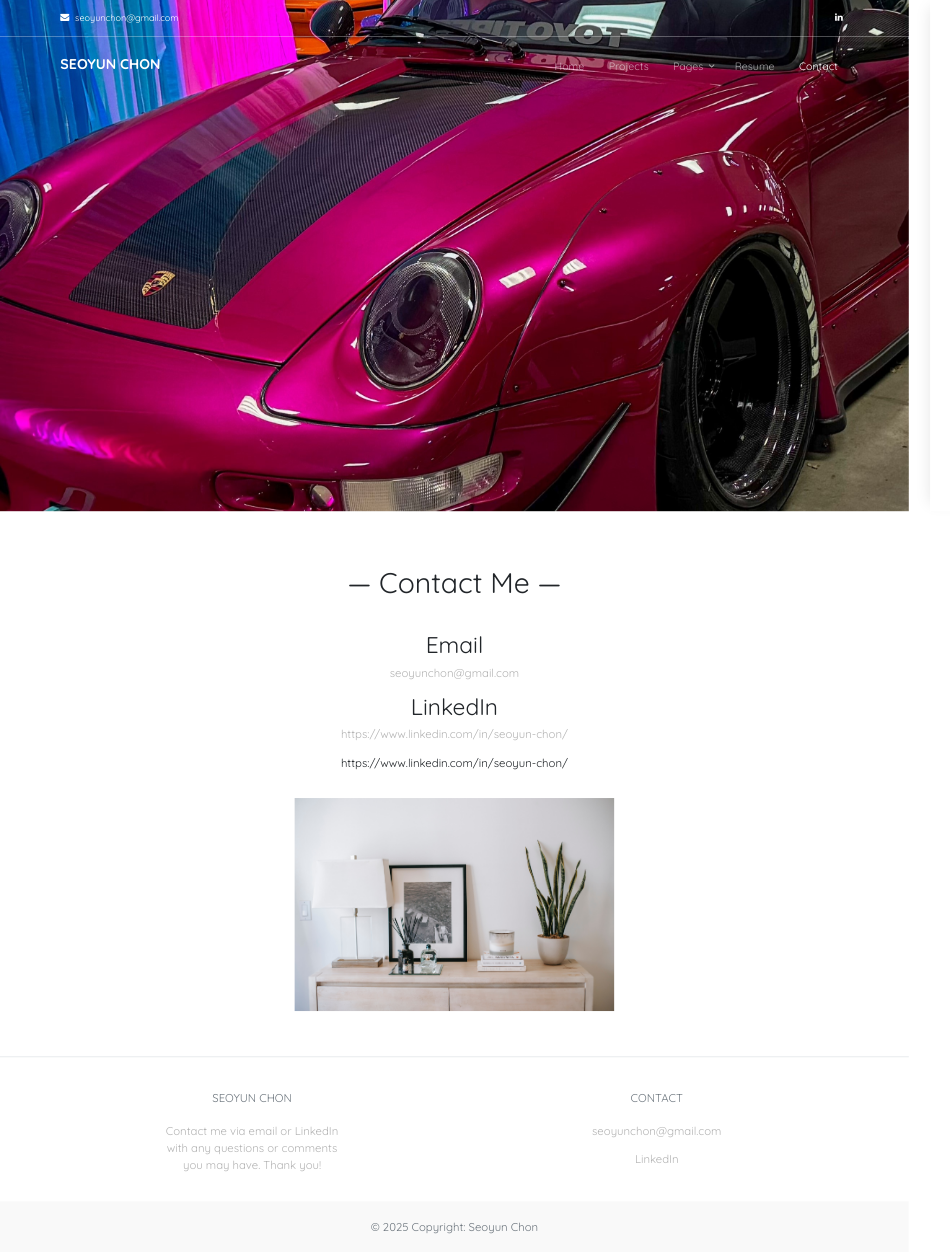
Repository: schon02/seoyun-chon-portfolio
Page: contact_page.html
An editor plug-in stored every save of this project. The page is shown before and after the next save, followed by the edit.
The browser window is 1280 px wide. The page is 1338 px wide, so the pictures cover 1338 px, including what lies to the right of the window. The pictures show the whole page, at 71% of full size.

Above is the page before, as saved 2025-01-08 23:53:47.

### contact_page.html
<!DOCTYPE html>
<html>
    <head>
        <!-- <link href="style.css" rel="stylesheet" /> -->
        <!-- Required meta tags -->
        <meta charset="utf-8">
        <meta name="viewport" content="width=device-width, initial-scale=1, shrink-to-fit=no">

        <link href="https://fonts.googleapis.com/css?family=Quicksand:400,600,700&display=swap" rel="stylesheet">

        <link rel="stylesheet" href="fonts/icomoon/style.css">

        <link rel="stylesheet" href="css/owl.carousel.min.css">

        <!-- Bootstrap CSS -->
        <link rel="stylesheet" href="css/bootstrap.min.css">

        <!-- Style -->
        <link rel="stylesheet" href="css/style.css">

        <title>Contact Page</title>
    </head>

    <body>
        <!-- <header>
            <nav>
                <ul>
                    <li><a href="index.html">Home</a></li>
                    <li><a href="services_page.html">Services</a></li>
                    <li><a class="active" href="contact_page.html">Contact</a></li>
                </ul>
            </nav>
        </header> -->


        <div class="site-mobile-menu site-navbar-target">
            <div class="site-mobile-menu-header">
              <div class="site-mobile-menu-close mt-3">
                <span class="icon-close2 js-menu-toggle"></span>
              </div>
            </div>
            <div class="site-mobile-menu-body"></div>
          </div> <!-- .site-mobile-menu -->

        <div class="site-navbar-wrap">
            <div class="site-navbar-top">
              <div class="container py-3">
                <div class="row align-items-center">
                  <div class="col-6">
                    <div class="d-flex mr-auto">
                      <a href="#" class="d-flex align-items-center mr-4">
                        <span class="icon-envelope mr-2"></span>
                        <span class="d-none d-md-inline-block">seoyunchon@gmail.com</span>
                      </a>
                      <!-- <a href="#" class="d-flex align-items-center mr-auto">
                        <span class="icon-phone mr-2"></span>
                        <span class="d-none d-md-inline-block">+1 234 4567 8910</span>
                      </a> -->
                    </div>
                  </div>
                  <div class="col-6 text-right">
                    <div class="mr-auto">
                      <!-- <a href="#" class="p-2 pl-0"><span class="icon-twitter"></span></a> -->
                      <!-- <a href="#" class="p-2 pl-0"><span class="icon-facebook"></span></a> -->
                      <a href="https://www.linkedin.com/in/seoyun-chon/" class="p-2 pl-0"><span class="icon-linkedin"></span></a>
                      <!-- <a href="#" class="p-2 pl-0"><span class="icon-instagram"></span></a> -->
                    </div>

                  </div>
                </div>
              </div>
            </div>

            <div class="site-navbar site-navbar-target js-sticky-header">
              <div class="container">
                <div class="row align-items-center">
                  <div class="col-2">
                    <h1 class="my-0 site-logo"><a href="index.html">Seoyun&nbsp;Chon</a></h1>
                  </div>
                  <div class="col-10">
                    <nav class="site-navigation text-right" role="navigation">
                      <div class="container">
                        <div class="d-inline-block d-lg-none ml-md-0 mr-auto py-3"><a href="#" class="site-menu-toggle js-menu-toggle text-white"><span class="icon-menu h3"></span></a></div>

                        <ul class="site-menu main-menu js-clone-nav d-none d-lg-block">
                          <li><a href="index.html" class="nav-link">Home</a></li>
                          <li><a href="projects_page.html" class="nav-link">Projects</a></li>
                          <li class="has-children">
                            <a href="#" class="nav-link">Pages</a>
                            <ul class="dropdown arrow-top">
                              <li><a href="#" class="nav-link">Team</a></li>
                              <li><a href="#" class="nav-link">Pricing</a></li>
                              <li><a href="#" class="nav-link">FAQ</a></li>
                              <li class="has-children">
                                <a href="#">More Links</a>
                                <ul class="dropdown">
                                  <li><a href="#">Menu One</a></li>
                                  <li><a href="#">Menu Two</a></li>
                                  <li><a href="#">Menu Three</a></li>
                                </ul>
                              </li>
                            </ul>
                          </li>
                          <!-- <li><a href="#about-section" class="nav-link">About</a></li> -->
                          <li><a href="resume_page.html" class="nav-link">Resume</a></li>
                          <!-- <li><a href="#gallery-section" class="nav-link">Gallery</a></li> -->
                          <li class="active"><a href="contact_page.html" class="active">Contact</a></li>
                        </ul>
                      </div>
                    </nav>
                  </div>
                </div>
              </div>
            </div>
          </div>

          <div class="hero" style="background-image: url('images/rwb.JPG');"></div>

        <!-- <div class="contactImage">
            <div class="welcomeText">
                <h1>Contact</h1>
            </div>
        </div> -->

        <div class="text-center" style="padding-top: 2cm;">
            <h1>— Contact Me —</h1>
            <h2 style="padding-top: 1cm;">Email</h2>
            <p>seoyunchon@gmail.com</p>
            <h2>LinkedIn</h2>
            <p href="https://www.linkedin.com/in/seoyun-chon/">https://www.linkedin.com/in/seoyun-chon/</p>

            <a href="https://www.linkedin.com/in/seoyun-chon/" class="text-reset"> https://www.linkedin.com/in/seoyun-chon/ </a>
            <!-- <h2>Order-Specific Emails</h2>
            <p>orders@domain.com</p>
            <p>returns@domain.com</p> -->
            <p><img src="images/white-livingroom-contact.jpg"
                 style="width:450px; padding-top: 1cm;"></p>
        </div>

    <script src="js/jquery-3.3.1.min.js"></script>
    <script src="js/popper.min.js"></script>
    <script src="js/bootstrap.min.js"></script>
    <script src="js/jquery.sticky.js"></script>
    <script src="js/main.js"></script>

    </body>


<!-- Footer -->
<footer class="text-center text-lg-start bg-white text-muted">

  <section class="d-flex justify-content-center justify-content-lg-between p-4 border-bottom">
  </section>

  <!-- Section: Links  -->
  <section class="">
    <div class="container text-center text-md-start mt-5">
      <!-- Grid row -->
      <div class="row mt-3">
        <!-- Grid column -->
        <div class="col-md-3 col-lg-4 col-xl-3 mx-auto mb-4">
          <!-- Content -->
          <h6 class="text-uppercase fw-bold mb-4">
            <i class="fas fa-gem me-3 text-secondary"></i>Seoyun Chon
          </h6>
          <p>
            Contact me via email or LinkedIn with any questions or comments you may have. Thank you!
          </p>
        </div>
        <!-- Grid column -->

        <!-- Grid column -->
        <div class="col-md-4 col-lg-3 col-xl-3 mx-auto mb-md-0 mb-4">
          <!-- Links -->
          <h6 class="text-uppercase fw-bold mb-4">Contact</h6>
          <p><i class="fas fa-home me-3 text-secondary"></i> seoyunchon@gmail.com</p>
          <p>
            <i class="fas fa-envelope me-3 text-secondary"></i>
            <a href="https://www.linkedin.com/in/seoyun-chon/" class="text-reset"> LinkedIn </a>
          </p>
        </div>
        <!-- Grid column -->
      </div>
      <!-- Grid row -->
    </div>
  </section>
  <!-- Section: Links  -->

  <!-- Copyright -->
  <div class="text-center p-4" style="background-color: rgba(0, 0, 0, 0.025);">
    © 2025 Copyright:
    <a class="text-reset fw-bold" href="https://mdbootstrap.com/">Seoyun Chon</a>
  </div>
  <!-- Copyright -->
</footer>
<!-- Footer -->


</html>

### css/style.css
body {
  font-family: "Quicksand", -apple-system, BlinkMacSystemFont, "Segoe UI", Roboto, "Helvetica Neue", Arial, "Noto Sans", sans-serif, "Apple Color Emoji", "Segoe UI Emoji", "Segoe UI Symbol", "Noto Color Emoji";
  background-color: #fff;
  height: 200vh;
  position: relative; }
  body:before {
    content: "";
    position: absolute;
    top: 0;
    left: 0;
    right: 0;
    bottom: 0;
    background: rgba(0, 0, 0, 0.5);
    -webkit-transition: .3s all ease;
    -o-transition: .3s all ease;
    transition: .3s all ease;
    opacity: 0;
    visibility: hidden;
    z-index: 1; }
  body.offcanvas-menu:before {
    opacity: 1;
    z-index: 1002;
    visibility: visible; }

p {
  color: #b3b3b3;
  font-weight: 300; }

h1, h2, h3, h4, h5, h6,
.h1, .h2, .h3, .h4, .h5, .h6 {
  font-family: "Quicksand", -apple-system, BlinkMacSystemFont, "Segoe UI", Roboto, "Helvetica Neue", Arial, "Noto Sans", sans-serif, "Apple Color Emoji", "Segoe UI Emoji", "Segoe UI Symbol", "Noto Color Emoji"; }

h5 {
  margin: 0 auto; /* center element horizontally */
  text-align: center;
  width: 60%;
  color: #666;
  /* overflow: hidden; */
  /* text-overflow: ellipsis; */
  /* white-space: nowrap; */
  /* background:#666; */
}

a {
  -webkit-transition: .3s all ease;
  -o-transition: .3s all ease;
  transition: .3s all ease; }
  a, a:hover {
    text-decoration: none !important; }

.hero {
  height: 100vh;
  width: 100%;
  background-size: cover;
  background-position: center center;
  background-repeat: no-repeat; }

.site-navbar-wrap {
  position: absolute;
  z-index: 99;
  width: 100%;
  left: 0; }
  .site-navbar-wrap a {
    color: #fff; }
  .site-navbar-wrap .site-navbar-top {
    font-size: 0.8rem; }

.site-navbar-top {
  border-bottom: 1px solid rgba(255, 255, 255, 0.4); }

.site-navbar {
  margin-bottom: 0px;
  width: 100%; }
  .site-navbar .site-logo {
    font-weight: 200;
    line-height: 0;
    top: -7px;
    position: relative; }
    .site-navbar .site-logo a {
      font-weight: 200;
      color: #fff;
      font-size: 20px;
      font-weight: bold;
      text-transform: uppercase; }
  .site-navbar .site-navigation .site-menu {
    margin-bottom: 0; }
    .site-navbar .site-navigation .site-menu a {
      text-decoration: none !important;
      display: inline-block;
      font-weight: 500; }
    .site-navbar .site-navigation .site-menu > li {
      display: inline-block;
      padding: 10px 5px; }
      .site-navbar .site-navigation .site-menu > li > a {
        padding: 20px 10px;
        color: rgba(255, 255, 255, 0.6);
        font-size: 15px;
        text-decoration: none !important; }
        .site-navbar .site-navigation .site-menu > li > a.active {
          color: #fff; }
        .site-navbar .site-navigation .site-menu > li > a:hover {
          color: #fff; }
      .site-navbar .site-navigation .site-menu > li:last-child {
        padding-right: 0; }
        .site-navbar .site-navigation .site-menu > li:last-child > a {
          padding-right: 0; }
    .site-navbar .site-navigation .site-menu .has-children {
      position: relative; }
      .site-navbar .site-navigation .site-menu .has-children > a {
        position: relative;
        padding-right: 20px; }
        .site-navbar .site-navigation .site-menu .has-children > a:before {
          position: absolute;
          content: "\e313";
          font-size: 16px;
          top: 50%;
          right: 0;
          -webkit-transform: translateY(-50%);
          -ms-transform: translateY(-50%);
          transform: translateY(-50%);
          font-family: 'icomoon'; }
      .site-navbar .site-navigation .site-menu .has-children .dropdown {
        visibility: hidden;
        opacity: 0;
        top: 100%;
        position: absolute;
        text-align: left;
        -webkit-box-shadow: 0 0px 4px 0px rgba(0, 0, 0, 0.25);
        box-shadow: 0 0px 4px 0px rgba(0, 0, 0, 0.25);
        padding: 0px 0;
        margin-top: 20px;
        margin-left: 0px;
        background: #fff;
        -webkit-transition: 0.2s 0s;
        -o-transition: 0.2s 0s;
        transition: 0.2s 0s;
        border-radius: 4px; }
        .site-navbar .site-navigation .site-menu .has-children .dropdown.arrow-top {
          position: absolute; }
          .site-navbar .site-navigation .site-menu .has-children .dropdown.arrow-top:before {
            bottom: 100%;
            left: 20%;
            border: solid transparent;
            content: " ";
            height: 0;
            width: 0;
            position: absolute;
            pointer-events: none; }
          .site-navbar .site-navigation .site-menu .has-children .dropdown.arrow-top:before {
            border-color: rgba(136, 183, 213, 0);
            border-bottom-color: #fff;
            border-width: 10px;
            margin-left: -10px; }
        .site-navbar .site-navigation .site-menu .has-children .dropdown a {
          font-size: 14px;
          text-transform: none;
          letter-spacing: normal;
          -webkit-transition: 0s all;
          -o-transition: 0s all;
          transition: 0s all;
          color: #343a40; }
          .site-navbar .site-navigation .site-menu .has-children .dropdown a.active {
            color: black; }
        .site-navbar .site-navigation .site-menu .has-children .dropdown .active > a {
          color: #fff !important; }
        .site-navbar .site-navigation .site-menu .has-children .dropdown > li {
          list-style: none;
          padding: 0;
          margin: 0;
          min-width: 200px; }
          .site-navbar .site-navigation .site-menu .has-children .dropdown > li:first-child > a {
            border-top-left-radius: 4px;
            border-top-right-radius: 4px; }
          .site-navbar .site-navigation .site-menu .has-children .dropdown > li:last-child > a {
            border-bottom-left-radius: 4px;
            border-bottom-right-radius: 4px; }
          .site-navbar .site-navigation .site-menu .has-children .dropdown > li > a {
            padding: 9px 20px;
            display: block; }
            .site-navbar .site-navigation .site-menu .has-children .dropdown > li > a:hover {
              background: #ebeef0;
              color: #212529; }
          .site-navbar .site-navigation .site-menu .has-children .dropdown > li.has-children > a:before {
            content: "\e315";
            right: 20px; }
          .site-navbar .site-navigation .site-menu .has-children .dropdown > li.has-children > .dropdown, .site-navbar .site-navigation .site-menu .has-children .dropdown > li.has-children > ul {
            left: 100%;
            top: 0; }
          .site-navbar .site-navigation .site-menu .has-children .dropdown > li.has-children:hover > a, .site-navbar .site-navigation .site-menu .has-children .dropdown > li.has-children:active > a, .site-navbar .site-navigation .site-menu .has-children .dropdown > li.has-children:focus > a {
            background: #ebeef0;
            color: #212529; }
      .site-navbar .site-navigation .site-menu .has-children:hover > a, .site-navbar .site-navigation .site-menu .has-children:focus > a, .site-navbar .site-navigation .site-menu .has-children:active > a {
        color: #fff; }
      .site-navbar .site-navigation .site-menu .has-children:hover, .site-navbar .site-navigation .site-menu .has-children:focus, .site-navbar .site-navigation .site-menu .has-children:active {
        cursor: pointer; }
        .site-navbar .site-navigation .site-menu .has-children:hover > .dropdown, .site-navbar .site-navigation .site-menu .has-children:focus > .dropdown, .site-navbar .site-navigation .site-menu .has-children:active > .dropdown {
          -webkit-transition-delay: 0s;
          -o-transition-delay: 0s;
          transition-delay: 0s;
          margin-top: 0px;
          visibility: visible;
          opacity: 1; }

.site-mobile-menu {
  width: 300px;
  position: fixed;
  right: 0;
  z-index: 2000;
  padding-top: 20px;
  background: #fff;
  height: calc(100vh);
  -webkit-transform: translateX(110%);
  -ms-transform: translateX(110%);
  transform: translateX(110%);
  -webkit-box-shadow: -10px 0 20px -10px rgba(0, 0, 0, 0.1);
  box-shadow: -10px 0 20px -10px rgba(0, 0, 0, 0.1);
  -webkit-transition: .3s all ease-in-out;
  -o-transition: .3s all ease-in-out;
  transition: .3s all ease-in-out; }
  .offcanvas-menu .site-mobile-menu {
    -webkit-transform: translateX(0%);
    -ms-transform: translateX(0%);
    transform: translateX(0%); }
  .site-mobile-menu .site-mobile-menu-header {
    width: 100%;
    float: left;
    padding-left: 20px;
    padding-right: 20px; }
    .site-mobile-menu .site-mobile-menu-header .site-mobile-menu-close {
      float: right;
      margin-top: 8px; }
      .site-mobile-menu .site-mobile-menu-header .site-mobile-menu-close span {
        font-size: 30px;
        display: inline-block;
        padding-left: 10px;
        padding-right: 0px;
        line-height: 1;
        cursor: pointer;
        -webkit-transition: .3s all ease;
        -o-transition: .3s all ease;
        transition: .3s all ease; }
        .site-mobile-menu .site-mobile-menu-header .site-mobile-menu-close span:hover {
          color: #dee2e6; }
    .site-mobile-menu .site-mobile-menu-header .site-mobile-menu-logo {
      float: left;
      margin-top: 10px;
      margin-left: 0px; }
      .site-mobile-menu .site-mobile-menu-header .site-mobile-menu-logo a {
        display: inline-block;
        text-transform: uppercase; }
        .site-mobile-menu .site-mobile-menu-header .site-mobile-menu-logo a img {
          max-width: 70px; }
        .site-mobile-menu .site-mobile-menu-header .site-mobile-menu-logo a:hover {
          text-decoration: none; }
  .site-mobile-menu .site-mobile-menu-body {
    overflow-y: scroll;
    -webkit-overflow-scrolling: touch;
    position: relative;
    padding: 20px;
    height: calc(100vh - 52px);
    padding-bottom: 150px; }
  .site-mobile-menu .site-nav-wrap {
    padding: 0;
    margin: 0;
    list-style: none;
    position: relative; }
    .site-mobile-menu .site-nav-wrap a {
      padding: 10px 20px;
      display: block;
      position: relative;
      color: #212529; }
      .site-mobile-menu .site-nav-wrap a.active, .site-mobile-menu .site-nav-wrap a:hover {
        color: black; }
    .site-mobile-menu .site-nav-wrap li {
      position: relative;
      display: block; }
      .site-mobile-menu .site-nav-wrap li.active > a {
        color: black; }
    .site-mobile-menu .site-nav-wrap .arrow-collapse {
      position: absolute;
      right: 0px;
      top: 10px;
      z-index: 20;
      width: 36px;
      height: 36px;
      text-align: center;
      cursor: pointer;
      border-radius: 50%; }
      .site-mobile-menu .site-nav-wrap .arrow-collapse:hover {
        background: #f8f9fa; }
      .site-mobile-menu .site-nav-wrap .arrow-collapse:before {
        font-size: 12px;
        z-index: 20;
        font-family: "icomoon";
        content: "\f078";
        position: absolute;
        top: 50%;
        left: 50%;
        -webkit-transform: translate(-50%, -50%) rotate(-180deg);
        -ms-transform: translate(-50%, -50%) rotate(-180deg);
        transform: translate(-50%, -50%) rotate(-180deg);
        -webkit-transition: .3s all ease;
        -o-transition: .3s all ease;
        transition: .3s all ease; }
      .site-mobile-menu .site-nav-wrap .arrow-collapse.collapsed:before {
        -webkit-transform: translate(-50%, -50%);
        -ms-transform: translate(-50%, -50%);
        transform: translate(-50%, -50%); }
    .site-mobile-menu .site-nav-wrap > li {
      display: block;
      position: relative;
      float: left;
      width: 100%; }
      .site-mobile-menu .site-nav-wrap > li > a {
        padding-left: 20px;
        font-size: 20px; }
      .site-mobile-menu .site-nav-wrap > li > ul {
        padding: 0;
        margin: 0;
        list-style: none; }
        .site-mobile-menu .site-nav-wrap > li > ul > li {
          display: block; }
          .site-mobile-menu .site-nav-wrap > li > ul > li > a {
            padding-left: 40px;
            font-size: 16px; }
          .site-mobile-menu .site-nav-wrap > li > ul > li > ul {
            padding: 0;
            margin: 0; }
            .site-mobile-menu .site-nav-wrap > li > ul > li > ul > li {
              display: block; }
              .site-mobile-menu .site-nav-wrap > li > ul > li > ul > li > a {
                font-size: 16px;
                padding-left: 60px; }

.sticky-wrapper {
  position: absolute;
  z-index: 100;
  width: 100%; }
  .sticky-wrapper + .site-blocks-cover {
    margin-top: 96px; }
  .sticky-wrapper .site-navbar {
    -webkit-transition: .3s all ease;
    -o-transition: .3s all ease;
    transition: .3s all ease; }
    .sticky-wrapper .site-navbar ul li.active a {
      color: #fff; }
  .sticky-wrapper.is-sticky .site-navbar {
    background-color: black; }
    .sticky-wrapper.is-sticky .site-navbar .site-navigation .site-menu > li {
      display: inline-block;
      padding: 10px 5px; }
      .sticky-wrapper.is-sticky .site-navbar .site-navigation .site-menu > li:last-child {
        padding-right: 0; }
        .sticky-wrapper.is-sticky .site-navbar .site-navigation .site-menu > li:last-child > a {
          padding-right: 0; }
      .sticky-wrapper.is-sticky .site-navbar .site-navigation .site-menu > li.has-children > a {
        padding-right: 20px; }
      .sticky-wrapper.is-sticky .site-navbar .site-navigation .site-menu > li > a {
        padding: 10px 10px;
        color: rgba(255, 255, 255, 0.6);
        font-size: 15px; }
        .sticky-wrapper.is-sticky .site-navbar .site-navigation .site-menu > li > a:hover {
          color: #fff !important; }
        .sticky-wrapper.is-sticky .site-navbar .site-navigation .site-menu > li > a.active {
          color: #fff !important; }
      .sticky-wrapper.is-sticky .site-navbar .site-navigation .site-menu > li.active a {
        color: #fff; }





/* ---------------------stuff for text columns --------------------------- */

* {
  box-sizing: border-box;
}

/* Create two unequal columns that floats next to each other */
.column {
  float: left;
  padding: 10px;
}

.left {
  width: 35%;
}

.right {
  width: 65%;
}

/* Clear floats after the columns */
.row:after {
  content: "";
  display: table;
  clear: both;
}


/* ---------------------stuff for image gallery --------------------------- */

div.gallery {
  border: 1px solid rgb(255, 255, 255);
}

div.gallery:hover {
  border: 1px solid rgb(228, 228, 228);
}

div.gallery img {
  width: 100%;
  height: auto;
}

div.desc {
  padding: 15px;
  text-align: center;
}

* {
  box-sizing: border-box;
}

.responsive {
  padding: 0 6px;
  float: left;
  width: 24.99999%;
}

@media only screen and (max-width: 700px) {
  .responsive {
    width: 100%;
    margin: 6px 0;
  }
}

@media only screen and (max-width: 500px) {
  .responsive {
    width: 100%;
  }
}

.clearfix:after {
  content: "";
  display: table;
  clear: both;
}

Loaded but not shown: fonts/icomoon/style.css (common file); css/owl.carousel.min.css (library); css/bootstrap.min.css (library); js/jquery-3.3.1.min.js (library); js/popper.min.js (library); js/bootstrap.min.js (library); js/jquery.sticky.js (library); js/main.js (87 lines, source omitted)

After the next save:
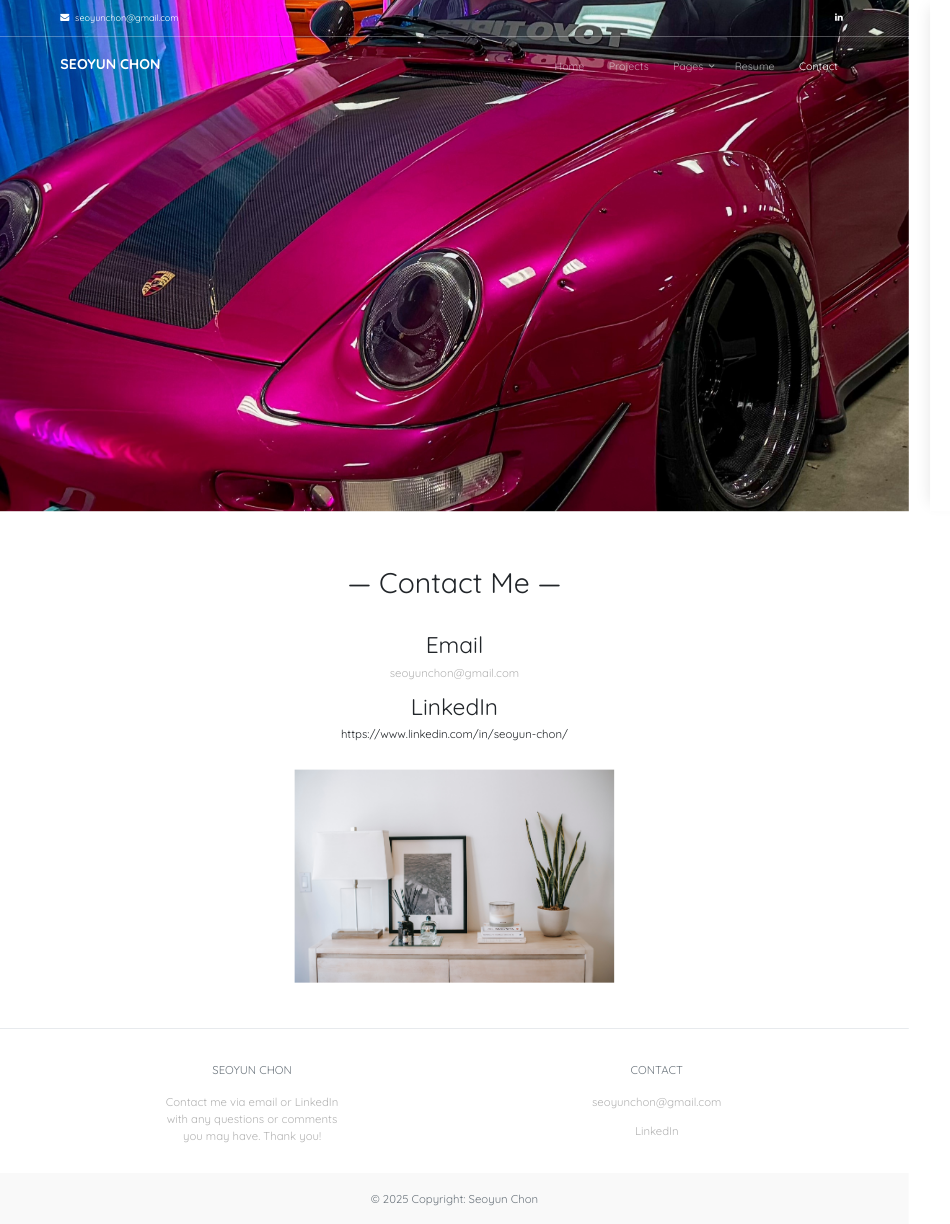
Saved 36 s later.
--- a/contact_page.html
+++ b/contact_page.html
@@ -127,8 +127,6 @@
             <h2 style="padding-top: 1cm;">Email</h2>
             <p>seoyunchon@gmail.com</p>
             <h2>LinkedIn</h2>
-            <p href="https://www.linkedin.com/in/seoyun-chon/">https://www.linkedin.com/in/seoyun-chon/</p>
-
             <a href="https://www.linkedin.com/in/seoyun-chon/" class="text-reset"> https://www.linkedin.com/in/seoyun-chon/ </a>
             <!-- <h2>Order-Specific Emails</h2>
             <p>orders@domain.com</p>
